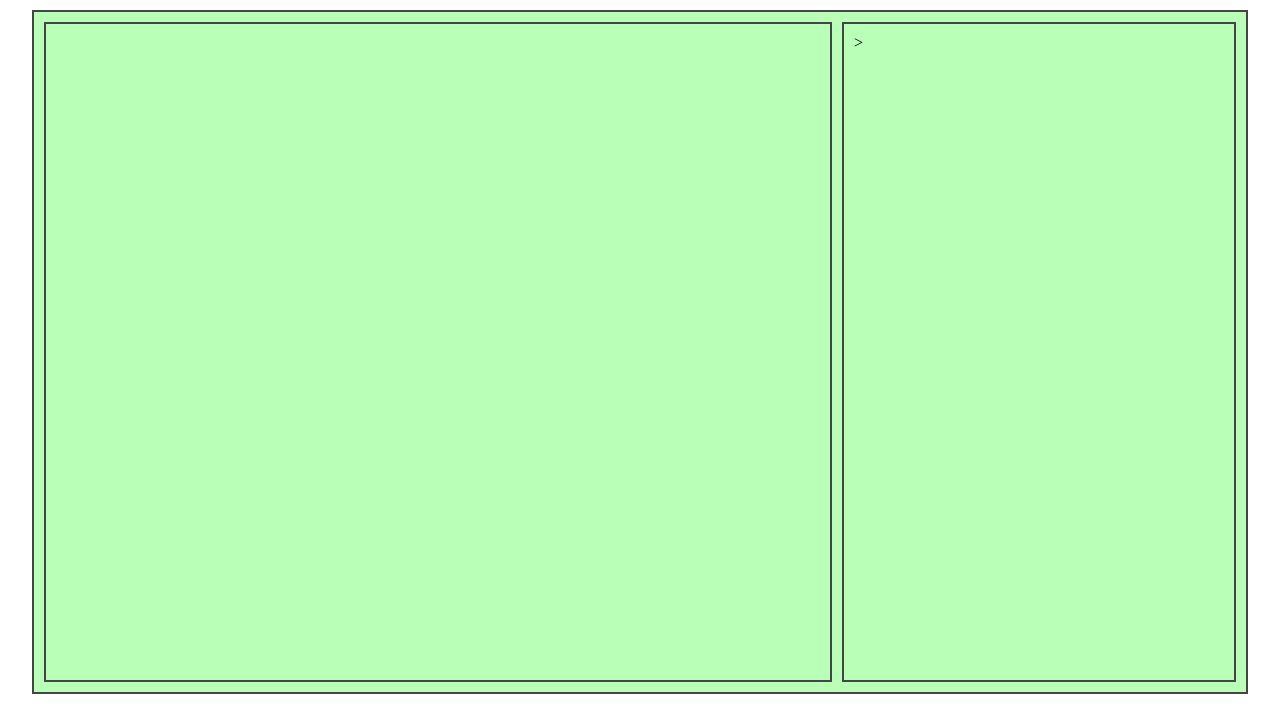
Repository: tannerbroberts/tannerbroberts.github.io
Page: /
The author's editor kept a copy of each file at every save. The page is drawn from the files as they stood at one save, then again after the next save.
The browser window is 1280 px wide. The pictures show the whole page.
The project was rebuilt for these pictures with package versions that can differ from the ones it lists, and the page was loaded fresh each time. Also part of the build but not shown: vite.config.ts.

Above is the page before, as saved 2022-10-04 09:45:39.

### src/index.js
import React from "react"
import ReactDOM from "react-dom/client"
import App from "./App"
import ATP_ContextProvider from "./providers/ATP_Context"

const root = ReactDOM.createRoot(document.getElementById("root"))
root.render(
	<React.StrictMode>
		<ATP_ContextProvider>
			<React.StrictMode>
				<App />
			</React.StrictMode>
		</ATP_ContextProvider>
	</React.StrictMode>
)

### src/App.js
import React from "react"
import { cssHelper } from "./api/cssHelper"
import Main from "./components/Main"
import Shelf from "./components/Shelf"

function App() {
	const AppCSS = {
		...cssHelper,
		height: "95vh",
		width: "95vw",
		marginTop: "10px",
		gridTemplate: "1fr / 2fr minmax(0px, 1fr)",
	}

	return (
		<div style={AppCSS}>
			<Main />
			<Shelf />
		</div>
	)
}

export default App

### src/providers/ATP_Context.js
/* eslint-disable react/prop-types */
import React, { useContext, useReducer, createContext } from "react"
import ATP_Reducer, { initialState } from "./ATP_Reducer"

export const ATP_StateContext = createContext()
export const ATP_DispatchContext = createContext()

export default function ATP_ContextProvider({ children }) {
	const [state, dispatch] = useReducer(ATP_Reducer, initialState)

	return (
		<ATP_StateContext.Provider value={state}>
			<ATP_DispatchContext.Provider value={dispatch}>
				{children}
			</ATP_DispatchContext.Provider>
		</ATP_StateContext.Provider>
	)
}

export const useATP_StateContext = () => useContext(ATP_StateContext)
export const useATP_DispatchContext = () =>
	useContext(ATP_DispatchContext)

### src/api/cssHelper.js
export const cssHelper = {
	boxSizing: "border-box",

	height: "100%",
	width: "100%",
	// border: "2px solid black",
	margin: "auto",
	padding: "10px",
	gap: "10px",
	display: "grid",
	// gridTemplateRows / gridTemplateColumns
	gridTemplate: "1fr / 1fr",
	backgroundColor: "rgb(185, 255, 183)",
	border: "2px solid rgb(69, 69, 69)",
}

export const mainColor = {
	backgroundColor: "blue",
}

### src/components/Shelf/index.js
export { default } from "./Shelf"

### src/providers/ATP_Reducer.js
export const initialState = {
	mainStack: [
		/* main frames */
		{ frameType: "", value: "" },
	],
	shelf: {
		/* directly corresponds to the main frame */
	},
	shelfOpen: true,
	library: [
		/* All items live here. Eventually, they're going to be returned from the server */
	],
	filters: [
		/* object list of matchers
		{complexVariableMatcher: criteria list}
		{nameContains: STRING},
		{containsVariable: VARIABLE_ID},
		{color: COLOR},
		{pattern: PATTERN},
		{owner: USER_ID},
		{createdBy: DATE},
		{length: TIME_LENGTH},
		{pattern: PATTERN},
		*/
	],
}

function loadFrame(state, action) {
	const stack = state.mainFrame
	stack.push(action.value)
	return { ...state, mainFrame: stack }
}

function closeFrame(state) {
	const stack = state.mainFrame
	stack.pop()
	return { ...state, mainFrame: stack }
}

function toggleShelf(state) {
	return { ...state, shelfOpen: !state?.shelfOpen }
}

const dispatchDictionary = {
	LOAD_FRAME: loadFrame,
	CLOSE_FRAME: closeFrame,
	TOGGLE_SHELF: toggleShelf,
}

export default function ATP_Reducer(state, action) {
	console.log('calling a reducer function now')
	if (action.type && dispatchDictionary[action.type])
		return dispatchDictionary[action.type](state, action)
}

### src/components/Main/Main.js
import React from "react"
import { cssHelper } from "../../api/cssHelper"

const MainCSS = {
	...cssHelper,
	width: "100%",
}

export default function Main() {
	return <div style={MainCSS} />
}

### src/components/Shelf/Shelf.js
/* eslint-disable react/prop-types */
import React from "react"
import { cssHelper } from "../../api/cssHelper"
import ShelfToggle from "./ShelfToggle"
import { useATP_StateContext } from "../../providers/ATP_Context"

const shelfCSS = (openStatus) => {
	const obj = {
		...cssHelper,
		width: "100%",
		gridTemplate: "1fr / minmax(0px, 4fr) 1fr",
	}
	openStatus ? delete obj.display : obj.display = "none"
}

export default function Shelf() {
	const { shelfOpen } = useATP_StateContext()

	return (
		<div style={shelfCSS(shelfOpen)}>
			<div></div> {/** content area */}
			<ShelfToggle />
		</div>
	)
}

### src/components/Shelf/ShelfToggle/index.js
export { default } from './ShelfToggle'

### src/components/Shelf/ShelfToggle/ShelfToggle.js
/* eslint-disable react/prop-types */
import React from "react"
import { useATP_StateContext } from "../../../providers/ATP_Context"
import { useATP_DispatchContext } from "../../../providers/ATP_Context"
import { cssHelper } from '../../../api/cssHelper'

export default function ShelfToggle() {
	const state = useATP_StateContext()
	const dispatch = useATP_DispatchContext()

	const shelfToggleCSS = {...cssHelper}

	return (
		<div
			style={shelfToggleCSS}
			onClick={() => dispatch({ type: "TOGGLE_SHELF" })}
		>
			{state?.shelfOpen ? ">" : "<"}
		</div>
	)
}

Loaded but not shown: public/index.html (common file); src/components/Main/index.js (common file)

After the next save:
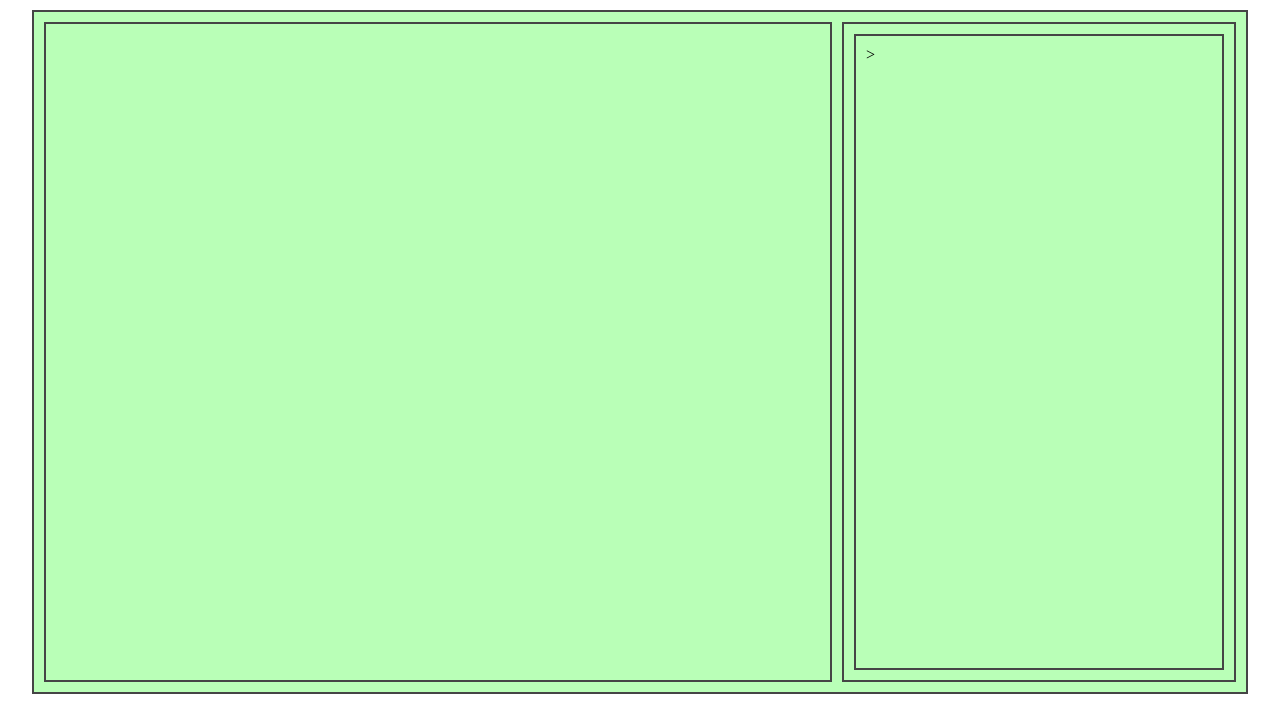
Saved 6 s later.
--- a/src/components/Shelf/Shelf.js
+++ b/src/components/Shelf/Shelf.js
@@ -11,6 +11,8 @@ const shelfCSS = (openStatus) => {
 		gridTemplate: "1fr / minmax(0px, 4fr) 1fr",
 	}
 	openStatus ? delete obj.display : obj.display = "none"
+
+	return obj
 }
 
 export default function Shelf() {
